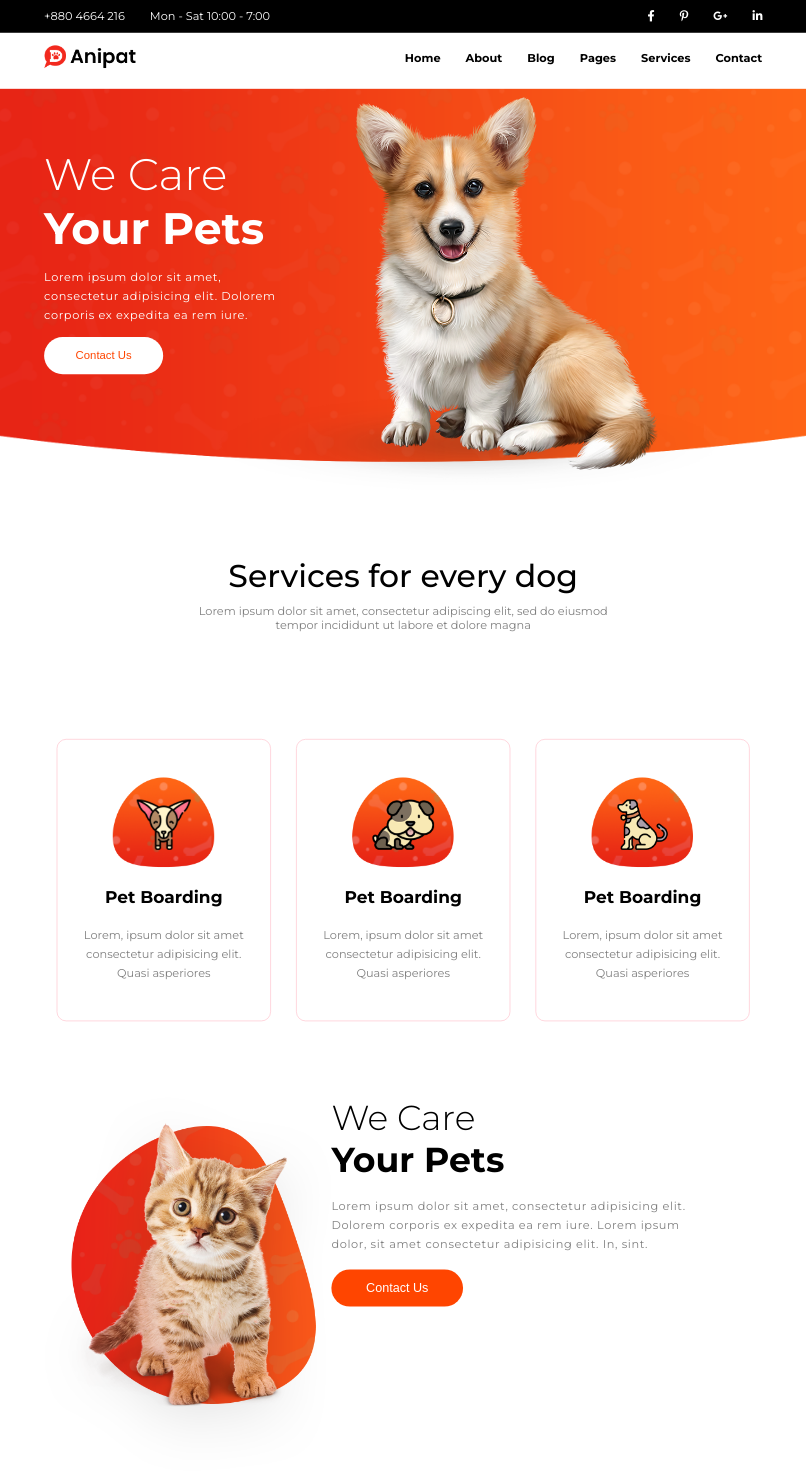
Repository: giahuy405/Day_2_Anipat
Page: index.html
These files come from the project's save history. The page is drawn as it stood at one moment and after the next save; the edit follows.
The browser window is 1280 px wide. The pictures show the whole page, at 63% of full size.
The pointer rests on the first visible `.netcare__content button`.

Above is the page before, as saved 2022-09-08 23:36:21.

### index.html
<!DOCTYPE html>
<html lang="en">
<head>
    <meta charset="UTF-8">
    <meta http-equiv="X-UA-Compatible" content="IE=edge">
    <meta name="viewport" content="width=device-width, initial-scale=1.0">
    <title>Anipat</title>
    <link rel="stylesheet" href="https://cdnjs.cloudflare.com/ajax/libs/font-awesome/6.2.0/css/all.min.css">
    <link href="https://fonts.googleapis.com/css2?family=Montserrat:wght@300;400;500;700&display=swap" rel="stylesheet">
    <link rel="stylesheet" href="./css/index.css">
</head>
<body>
    <header>
        <div class="header-top">
            <div class="container">
                <div class="header__contact">
                    <a href="#">+880 4664 216 </a>
                    <span>Mon - Sat 10:00 - 7:00</span>
                </div>
                <div class="header__social">
                    <ul>
                        <li><a href="#"><i class="fa-brands fa-facebook-f"></i></a></li>
                        <li><a href="#"><i class="fa-brands fa-pinterest-p"></i></a></li>
                        <li><a href="#"><i class="fa-brands fa-google-plus-g"></i></a></li>
                        <li><a href="#"><i class="fa-brands fa-linkedin-in"></i></a></li>
                    </ul>
                </div>
                <div class="clear"></div>
            </div>
        </div>
        <div class="header-bottom container">
            <img src="./img/logo.png" alt="Logo">
            <ul>
                <li><a href="#">Home</a></li>
                <li><a href="#">About</a></li>
                <li><a href="#">Blog</a></li>
                <li><a href="#">Pages</a></li>
                <li><a href="#">Services</a></li>
                <li><a href="#">Contact</a></li>
            </ul>
            <div class="clear"></div>
        </div>

    </header>
    <div class="carousel">
        <div class="container">
            <div class="carousel__content">
                <h1>We Care</h1>
                <h2>Your Pets</h2>
                <p>Lorem ipsum dolor sit amet, consectetur adipisicing elit. Dolorem corporis ex expedita ea rem iure.</p>
                <button>Contact Us</button>
            </div>
            <div class="carousel__dog">
                <img src="./img/dog.png" alt="Dog">
            </div>
            <div class="clear"></div>
        </div>
    </div>
    <div class="service">
        <div class="service-top">
            <h1>Services for every dog</h1>
            <p>Lorem ipsum dolor sit amet, consectetur adipiscing elit, sed do eiusmod tempor incididunt ut labore et dolore magna</p>
        </div>
        <div class="service-bottom container">
            <div class="service-card">
                <div class="service__item">
                    <div class="service__background">
                        <img src="./img/service_icon_1.png" alt="">
                    </div>
                    <h2>Pet Boarding</h2>
                    <p>Lorem, ipsum dolor sit amet consectetur adipisicing elit. Quasi asperiores</p>
                </div>
            </div>
            <div class="service-card">
                <div class="service__item">
                    <div class="service__background">
                        <img src="./img/service_icon_2.png" alt="">
                    </div>
                    <h2>Pet Boarding</h2>
                    <p>Lorem, ipsum dolor sit amet consectetur adipisicing elit. Quasi asperiores</p>
                </div>
            </div>
            <div class="service-card">
                <div class="service__item">
                    <div class="service__background">
                        <img src="./img/service_icon_3.png" alt="">
                    </div>
                    <h2>Pet Boarding</h2>
                    <p>Lorem, ipsum dolor sit amet consectetur adipisicing elit. Quasi asperiores</p>
                </div>
            </div>
            <div class="clear"></div>
        </div>
    </div>
    <div class="netcare container">
        <div class="netcare__cat">
            <img src="./img/pet_care.png" alt="pet care">
        </div>
        <div class="netcare__content">
                <h1>We Care</h1>
                <h2>Your Pets</h2>
                <p>Lorem ipsum dolor sit amet, consectetur adipisicing elit. Dolorem corporis ex expedita ea rem iure. Lorem ipsum dolor, sit amet consectetur adipisicing elit. In, sint.</p>
                <button>Contact Us</button>
        </div>
        <div class="clear"></div>
    </div>
</body>
</html>

### css/index.css
*{
    padding: 0;
    margin: 0;
    box-sizing: border-box;
}
.clear{
    clear: both;
}
html{
    font-size: 18px;
    font-family: 'Montserrat', sans-serif;
}
.container{
    width: 1140px;
    margin: 0 auto;
}
.header__contact{
    float: left;
}
.header__social{
    float: right;
}
.header-top{
    background-color: black;
    padding: 15px;
}
.header__contact a{
     color: white;
     text-decoration: none;
     transition: all 0.2s;
}
.header__contact a:hover{
    color: red;
}
.header__contact span{
    color: white;
    margin-left: 35px;
}
.header__social ul,.header-bottom ul{
    list-style: none;
}
.header__social li,.header-bottom li{
    display: inline;
    margin-left: 35px;
}
.header__social i{
    color: white;
    transition: all 0.2s;
}
.header__social i:hover{
    color: red;
}
.header-bottom ul{
    float: right;
}
.header-bottom a{
    text-decoration: none;
    font-weight: bold;
    color: black;
    transition: all 0.2;
    line-height: 40px;
}
.header-bottom a:hover{
    color: red;
}
.header-bottom{
    padding: 20px 0;
}
.carousel{
    background-image: url(../img/banner.png);
    background-position: center bottom;
    background-repeat: no-repeat;
    background-size: 100%;
    height: 600px;
    position: relative;
    margin-bottom: 150px;
}
.carousel__content{
    float: left;
    width: 33%;
    padding-top: 100px;
}
.carousel__dog{
    float: left;
    width: 67%;
    position: absolute;
    top: -10px;
    left: 315px;
    padding: 30px;
}
.carousel__content h1{
    color: white;
    font-size: 70px;
    font-weight: 300;
}
.carousel__content h2{
    color: white;
    font-size: 70px;
    font-weight: 700;
}
.carousel__content p{
    color: white;
    line-height: 30px;
    letter-spacing: 1px;
    margin: 20px 0;
}
.carousel__content button{
    padding: 19px 50px;
    border-radius: 30px;
    border: none;
    font-size: 18px;
    background-color: white;
    color: orangered;
    cursor: pointer;
}
.carousel__content button:hover{
    background-color: orangered;
    color: white;
}
.carousel__dog img{
    width: 100%;

}
.service{
    text-align: center;
    margin-bottom: 100px;
}
.service-top h1{
    font-weight: 500;
    font-size: 50px;
    margin-bottom: 15px;
}
.service-top p{
    padding: 0 300px;
    color: grey;
}
.service-top{
    margin-bottom: 150px;
}
.service-card{
    float: left;
    width: 33.3333%;
}
.service__background{
    background-image: url(../img/service_icon_bg_1.png);
    width: 161px;
    height: 143px;
    background-position: center;
    margin: 0 auto;
}
.service__item{
    border: 1px solid pink;
    border-radius: 15px;
    padding: 60px 40px;
}
.service-card{
    padding: 20px;
}
.service__item img{
    padding-top: 35px;
}
.service__item h2{
    margin: 30px 0;
}
.service__item p{
    color: grey;
    line-height: 30px;
}
.netcare__cat{
    float: left;
    width: 40%;
}
.netcare__content{
    float: left;
    width: 60%;
    padding-right: 100px;
}
.netcare__cat img{
    width: 100%;
}
.netcare__content h1{
    color: black;
    font-size: 55px;
    font-weight: 300;
}
.netcare__content h2{
    color: black;
    font-size: 55px;
    font-weight: 700;
}
.netcare__content p{
    color: grey;
    line-height: 30px;
    letter-spacing: 1px;
    margin: 25px 0;
}
.netcare__content button{
    padding: 18px 55px;
    border-radius: 30px;
    border: none;
    background-color: orangered;
    color: white;
    font-size: 20px;
    cursor: pointer;
}

After the next save:
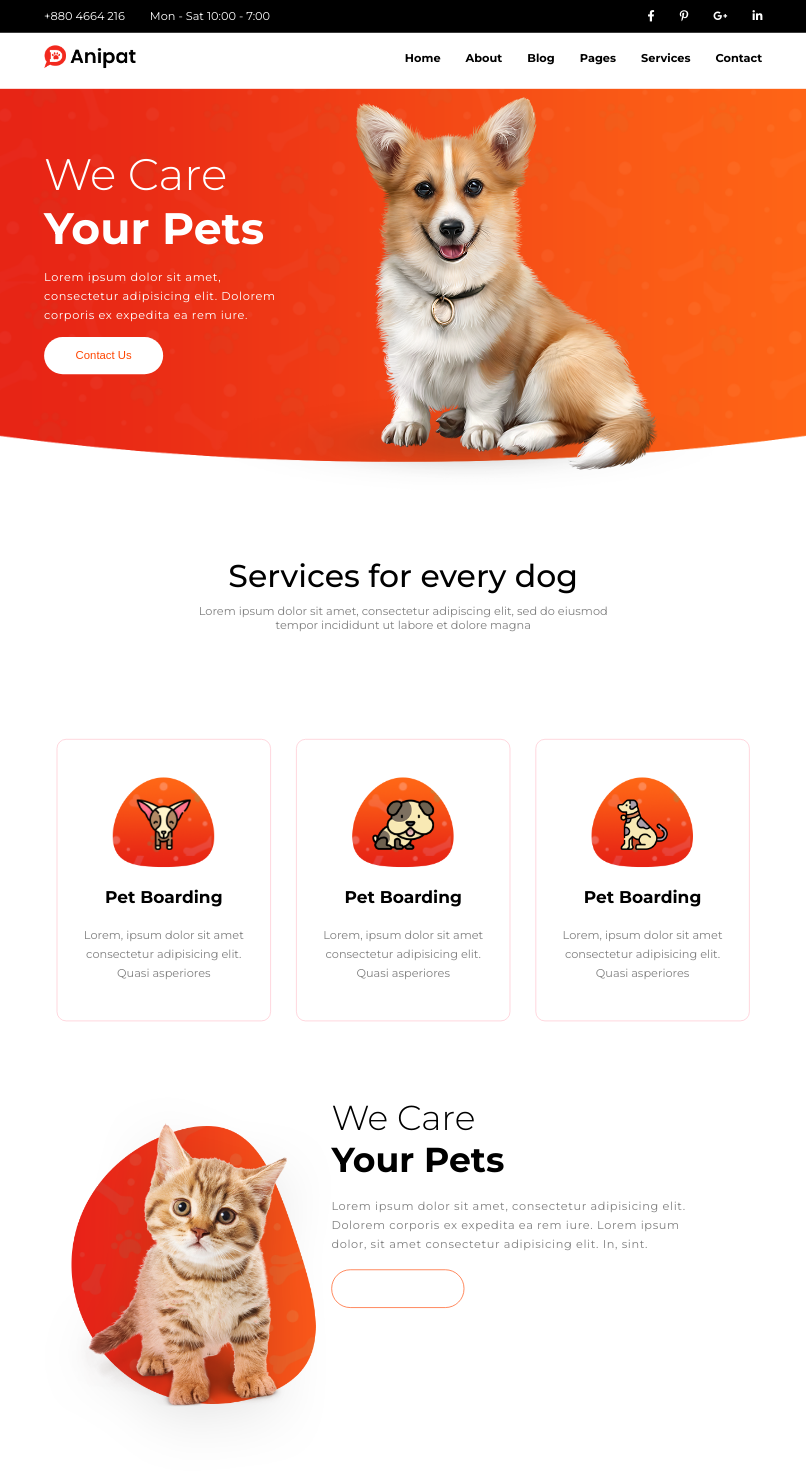
Saved 21 s later.
--- a/css/index.css
+++ b/css/index.css
@@ -203,3 +203,7 @@ html{
     font-size: 20px;
     cursor: pointer;
 }
+.netcare__content button:hover{
+    background-color: white;
+    border: 1px solid orangered;
+}
